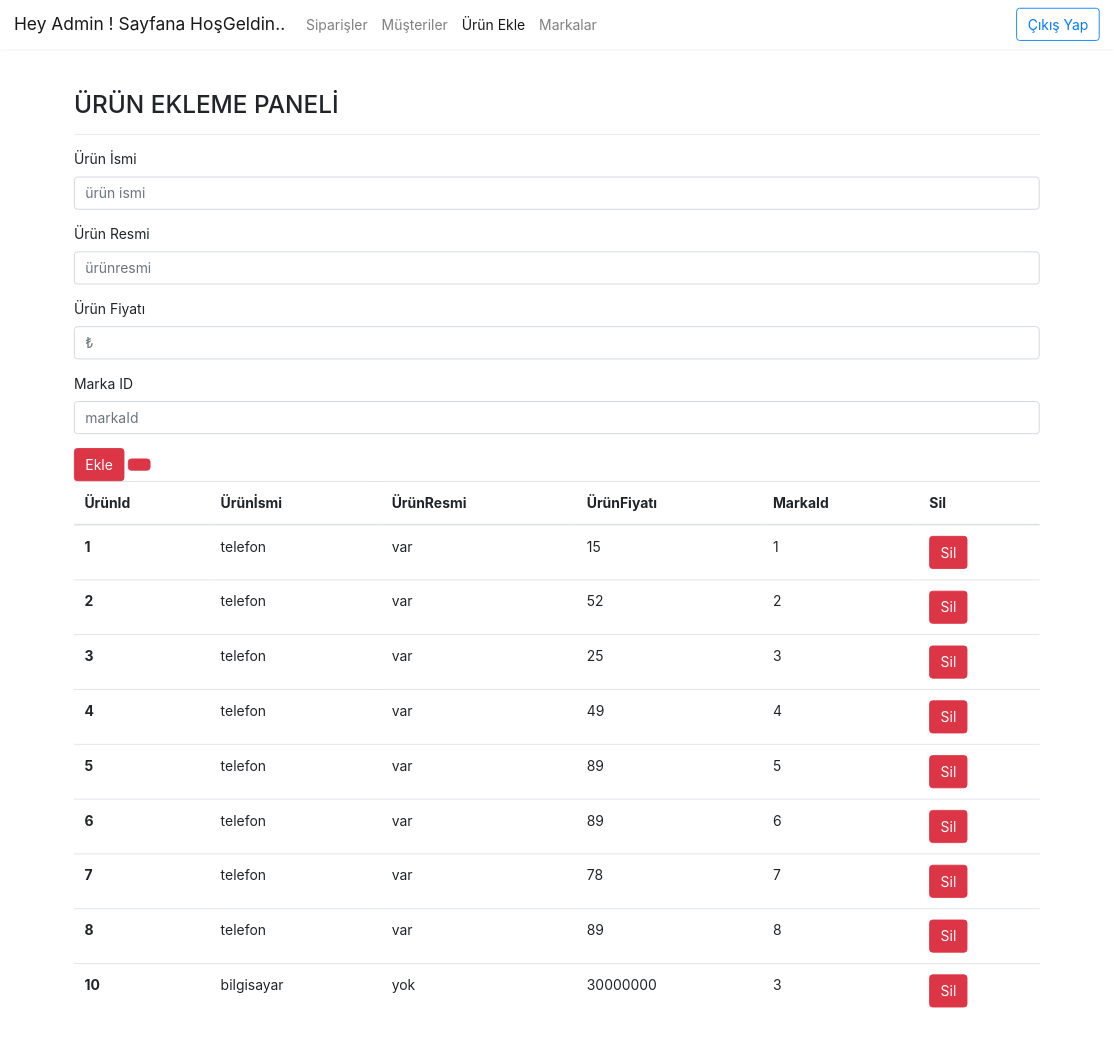
Repository: NergisAktug/E-Commerce-PythonWithFlask-Sqlite3
Page: http://localhost/urunEkle
These files come from the project's save history. The page is drawn as it stood at one moment and after the next save; the edit follows.
The browser window is 1280 px wide. The pictures show the whole page, at 87% of full size.
Some web libraries are served in a nearby version. The page is served by the project's application, run on Flask 3 (app.py). The page reads the database file committed with the project.

Above is the page before, as saved 2018-12-08 20:44:11.

### templates/urunEkle.html
<!doctype html>
<html lang="en">
  <head>
      <!-- Required meta tags -->
    <meta charset="utf-8">
    <meta name="viewport" content="width=device-width, initial-scale=1, shrink-to-fit=no">
    <link rel="stylesheet" href="https://use.fontawesome.com/releases/v5.5.0/css/all.css" integrity="sha384-B4dIYHKNBt8Bc12p+WXckhzcICo0wtJAoU8YZTY5qE0Id1GSseTk6S+L3BlXeVIU" crossorigin="anonymous">
    <!-- Bootstrap CSS -->
    <link rel="stylesheet" href="https://stackpath.bootstrapcdn.com/bootstrap/4.1.3/css/bootstrap.min.css" integrity="sha384-MCw98/SFnGE8fJT3GXwEOngsV7Zt27NXFoaoApmYm81iuXoPkFOJwJ8ERdknLPMO" crossorigin="anonymous">

    <title>Hello, world!</title>
  </head>
  <body>
    <nav class="navbar navbar-expand-lg navbar-light shadow-sm" >
        <a href="/" class="navbar-brand">Hey Admin ! Sayfana HoşGeldin..</a>
        <button class="navbar-toggler" type="button" data-toggle="collapse" data-target="#navbarMenü">
            <span class="navbar-toggler-icon"></span>
        </button>
        <div class="collapse navbar-collapse" id="navbarMenü">
            <ul class="navbar-nav mr-auto">
                <li class="nav-item">
                    <a href="#" class="nav-link" >Siparişler</a>
                 </li>
                 <li class="nav-item">
                        <a href="#" class="nav-link">Müşteriler</a>
                     </li>
                     <li class="nav-item">
                        <a href="#" class="nav-link active">Ürün Ekle</a>
                     </li>
                     <li class="nav-item">
                        <a href="/Markalar" class="nav-link ">Markalar</a>
                     </li>
                </ul>
                <ul class="navbar-nav">
                    <li class="nav-item">
                    <a href="/cikis" class="btn btn-outline-primary">Çıkış Yap</a>
                    </li>
                </ul>

        </div>

    </nav>
    <div class="container my-5" style="margin-top:100px;">
        <h3>ÜRÜN EKLEME PANELİ</h3>
        <HR>
        <form action="/urunEklemeYap" method="POST">
            <div class="form-group">
              <label for="formGroupExampleInput">Ürün İsmi</label>
              <input type="text" class="form-control" id="formGroupExampleInput" placeholder="ürün ismi" name="urunismi">
            </div>
            <div class="form-group">
              <label for="formGroupExampleInput2">Ürün Resmi</label>
              <input type="text" class="form-control" id="formGroupExampleInput2" placeholder="ürünresmi" name="urunresmi">
            </div>
            <div class="form-group">
                    <label for="formGroupExampleInput2">Ürün Fiyatı</label>
                    <input type="number" class="form-control" id="formGroupExampleInput2" placeholder="₺" name="fiyati">
                  </div>
            <div class="form-group">
                <label for="formGroupExampleInput2">Marka ID</label>
                <input type="number" class="form-control" id="formGroupExampleInput2" placeholder="markaId" name="markaId" >
            </div>
            <button type="submit" class="btn btn-danger">Ekle</button>
            <button type="submit" class="btn btn-danger"></button>
          </form>
          {% if tumVeri==[] %}
          <div class="alert alert-warning" role="alert">Herhangi bir ürün yok...</div>
          {% else %}
          <table class="table">
              <thead>
                  <tr>
                      <th scope="col">ÜrünId</th>
                      <th scope="col">Ürünİsmi</th>
                      <th scope="col">ÜrünResmi </th>
                      <th scope="col">ÜrünFiyatı</th>
                      <th scope="col">MarkaId</th>
                      <th scope="col">Sil</th>
                  </tr>
              </thead>
              <tbody>

                {% for veri in tumVeri  %}
                    <tr>
                        <th scope="row">{{veri.urun_id}}</th>
                        <td>{{veri.urunismi}}</td>
                        <td>{{veri.urunresmi}}</td>
                        <td>{{veri.urunFiyati}}</td>
                        <td>{{veri.markaId}}</td>
                        <td><a href="/sil/{{veri.urun_id}}" class="btn btn-danger">Sil</a></td>
                    </tr>
                {% endfor %}


              </tbody>
          </table>

          {% endif %}
  </div>



    <!-- Optional JavaScript -->
    <!-- jQuery first, then Popper.js, then Bootstrap JS -->
    <script src="https://unpkg.com/aos@2.3.1/dist/aos.js"></script>
    <script src="https://code.jquery.com/jquery-3.3.1.slim.min.js" integrity="sha384-q8i/X+965DzO0rT7abK41JStQIAqVgRVzpbzo5smXKp4YfRvH+8abtTE1Pi6jizo" crossorigin="anonymous"></script>
    <script src="https://cdnjs.cloudflare.com/ajax/libs/popper.js/1.14.3/umd/popper.min.js" integrity="sha384-ZMP7rVo3mIykV+2+9J3UJ46jBk0WLaUAdn689aCwoqbBJiSnjAK/l8WvCWPIPm49" crossorigin="anonymous"></script>
    <script src="https://stackpath.bootstrapcdn.com/bootstrap/4.1.3/js/bootstrap.min.js" integrity="sha384-ChfqqxuZUCnJSK3+MXmPNIyE6ZbWh2IMqE241rYiqJxyMiZ6OW/JmZQ5stwEULTy" crossorigin="anonymous"></script>
    <script>
        AOS.init();
      </script>
  </body>
</html>

### app.py
import datetime
from flask import Flask,flash, request, render_template_string, render_template
from flask import Flask, url_for, render_template, request, redirect, session, escape, render_template_string
from flask_babelex import Babel
from flask_sqlalchemy import SQLAlchemy
from flask_user import current_user, login_required, roles_required
from sqlalchemy.sql import table, column, select
from sqlalchemy import MetaData, create_engine
from flask_user import login_required, roles_required, UserManager, UserMixin


class ConfigClass(object):

    SECRET_KEY = 'This is an INSECURE secret!! DO NOT use this in production!!'

    SQLALCHEMY_DATABASE_URI = 'sqlite:///eticaret.sqlite'
    SQLALCHEMY_TRACK_MODIFICATIONS = False

    MAIL_SERVER = 'smtp.gmail.com'
    MAIL_PORT = 465
    MAIL_USE_SSL = True
    MAIL_USE_TLS = False
    MAIL_USERNAME = 'nergis.aktug2014@gmail.com'
    MAIL_PASSWORD = '05383896877'
    MAIL_DEFAULT_SENDER = '"MyApp" <xyz@gmail.com>'

    USER_ENABLE_EMAIL = True
    USER_ENABLE_USERNAME = False
    USER_EMAIL_SENDER_EMAIL = "noreply@example.com"


def create_app():



    app = Flask(__name__)
    app.config.from_object(__name__ + '.ConfigClass')

    db = SQLAlchemy(app)

    class Kullanici(db.Model):
        __tablename__ = 'Kullanici'
        id = db.Column(db.Integer, primary_key=True)
        email = db.Column(db.String(80), unique=True)
        sifre = db.Column(db.String(80))
        rolId = db.Column(db.Integer, db.ForeignKey('rol.rolId', ondelete='CASCADE'))
        active = db.Column('is_active', db.Boolean(), nullable=False, server_default='1')


        def __init__(self, email, sifre):
            self.email = email
            self.sifre = sifre
            self.rolId = 0

    class Roller(db.Model):
        __tablename__ = 'rol'
        rolId = db.Column(db.Integer, primary_key=True)
        rolisim = db.Column(db.String(80))

    class urunler(db.Model):
        __tablename__ = 'urunler'
        urun_id = db.Column(db.Integer, primary_key=True)
        urunismi = db.Column(db.String(80))
        urunresmi = db.Column(db.String(80))
        urunFiyati = db.Column(db.Integer)
        markaId = db.Column(db.Integer(), db.ForeignKey('markalar.markaId', ondelete='CASCADE'))

        def __init__(self, urunismi, urunresmi, urunFiyati,markaId):
            self.urunismi =urunismi
            self.urunresmi = urunresmi
            self.urunFiyati = urunFiyati
            self.markaId=markaId



    class markalar(db.Model):
        __tablename__ = 'markalar'
        markaId = db.Column(db.Integer, primary_key=True)
        markaadi = db.Column(db.String(80))
        marka_modeli = db.Column(db.String(80))

        def __init__(self, markaadi, marka_modeli):
            self.markaadi = markaadi
            self.marka_modeli = marka_modeli

    class musteri(db.Model):
        __tablename__ = 'musteri'
        musteriId = db.Column(db.Integer, primary_key=True)
        musteriadi = db.Column(db.String(80))
        musterisoyadi = db.Column(db.String(80))
        mail = db.Column(db.String(80), unique=True)
        telefon = db.Column(db.Integer)
        sifre = db.Column(db.String(80))
        il = db.Column(db.String(80))
        ilce = db.Column(db.String(80))
        kullaniciId = db.Column(db.Integer(), db.ForeignKey('Kullanici.id', ondelete='CASCADE'))

        def __init__(self, musteriadi, musterisoyadi, mail, telefon, sifre, il, ilce, kullaniciId):
            self.musteriadi = musteriadi
            self.musterisoyadi = musterisoyadi
            self.mail = mail
            self.telefon = telefon
            self.sifre = sifre
            self.il = il
            self.ilce = ilce
            self.kullaniciId = kullaniciId

    class siparis(db.Model):
        __tablename__ = 'siparis'
        siparisId = db.Column(db.Integer, primary_key=True)
        musteriId = db.Column(db.Integer(), db.ForeignKey('musteri.musteriId', ondelete='CASCADE'))
        urunId = db.Column(db.Integer(), db.ForeignKey('urunler.urun_id', ondelete='CASCADE'))
        siparisno = db.Column(db.Integer)
        siparisTarihi = db.Column(db.Integer)
        odemeId = db.Column(db.Integer())

        def __init__(self, musteriId, urunId, siparisno, siparisTarihi, odemeId):
            self.musteriId = musteriId
            self.urunId = urunId
            self.siparisno = siparisno
            self.siparisTarihi = siparisTarihi
            self.odemeId = odemeId


    db.create_all()




    @app.route('/')
    def anasayfa():
        return render_template('index.html')

    @app.route('/kayit', methods=['GET', 'POST'])
    def kayit():
        if request.method == 'POST':
            mail = request.form['email']
            parola = request.form['sifre']
            yeniKullanici = Kullanici(email=mail, sifre=parola)
            db.session.add(yeniKullanici)
            db.session.commit()
            if yeniKullanici is not None:
                mesaj = "Kayıt Başarıyla Sağlanmıştır."
                return render_template("index.html", mesaj=mesaj)
        else:
            return render_template('kayit.html')
    @app.route('/admin')
    def admin():
        return render_template("admin.html")

    @app.route('/uye', methods=['GET', 'POST'])
    def uye():
        return render_template("uyeGirisi.html")

    @app.route('/giris', methods=['GET', 'POST'])
    def giris():
        hata=None
        if request.method=='POST':
            if request.form['email']!='admin@example.com' or request.form['sifre']!='admin':
                if Kullanici.query.filter_by(email=request.form['email'],sifre=request.form['sifre']) is not None:
                    session['uye_giris']=True
                    return redirect(url_for('anasayfa'))
                else:
                    hata='hatalı giris yaptınız'

            else:
                flash('giriş başarılı')
                session['admin_giris']=True
                return redirect(url_for('admin'))
        return render_template('uyeGiris.html',hata=hata)
    @app.route('/cikis')
    def cikis():

        session.pop('admin_giris',None)
        session.pop('uye_giris',None)
        return render_template("index.html")
    @app.route('/urunEkle')
    def urunEkle():
        tumVeri=urunler.query.all()
        return render_template("urunEkle.html",tumVeri=tumVeri)
    @app.route('/urunEklemeYap',methods=['POST'])
    def urunEklemeYap():
        urunismi=request.form['urunismi']
        urunResmi=request.form['urunresmi']
        urunFiyati=request.form['fiyati']
        markaId=request.form['markaId']
        yeniUrun=urunler(urunismi=urunismi,urunresmi=urunResmi,urunFiyati=urunFiyati,markaId=markaId)
        db.session.add(yeniUrun)
        db.session.commit()
        return redirect(url_for("urunEkle"))
    @app.route("/sil/<string:id>")
    def sil(id):
        urun=urunler.query.filter_by(urun_id=id).first()
        db.session.delete(urun)
        db.session.commit()
        return redirect(url_for("urunEkle"))
    @app.route('/Markalar')
    def Markalar():
        tumMarka=markalar.query.all()
        return render_template("marka.html",tumMarka=tumMarka)
    return app
if __name__ == '__main__':
    app=create_app()


    app.run(host='127.0.0.1', port=5000, debug=True)

### eticaret.sqlite (the tables this page reads, as SQL)
CREATE TABLE "urunler" (
	`urun_id`	INTEGER NOT NULL,
	`urunismi`	VARCHAR ( 80 ),
	`urunresmi`	VARCHAR ( 256 ),
	`urunstok`	INTEGER,
	`urunFiyati`	INTEGER,
	`markaId`	INTEGER,
	`popular`	TEXT,
	PRIMARY KEY(`urun_id`),
	FOREIGN KEY(`markaId`) REFERENCES `markalar`(`markaId`) ON DELETE CASCADE
);
INSERT INTO "urunler" VALUES
(1, 'telefon', 'var', 50, 15, 1, '1'),
(2, 'telefon', 'var', 10, 52, 2, '0'),
(3, 'telefon', 'var', 26, 25, 3, '0'),
(4, 'telefon', 'var', 78, 49, 4, '0'),
(5, 'telefon', 'var', 52, 89, 5, '3'),
(6, 'telefon', 'var', 12, 89, 6, '2'),
(7, 'telefon', 'var', 16, 78, 7, '7'),
(8, 'telefon', 'var', 45, 89, 8, '0'),
(10, 'bilgisayar', 'yok', 1, 30000000, 3, NULL);

After the next save:
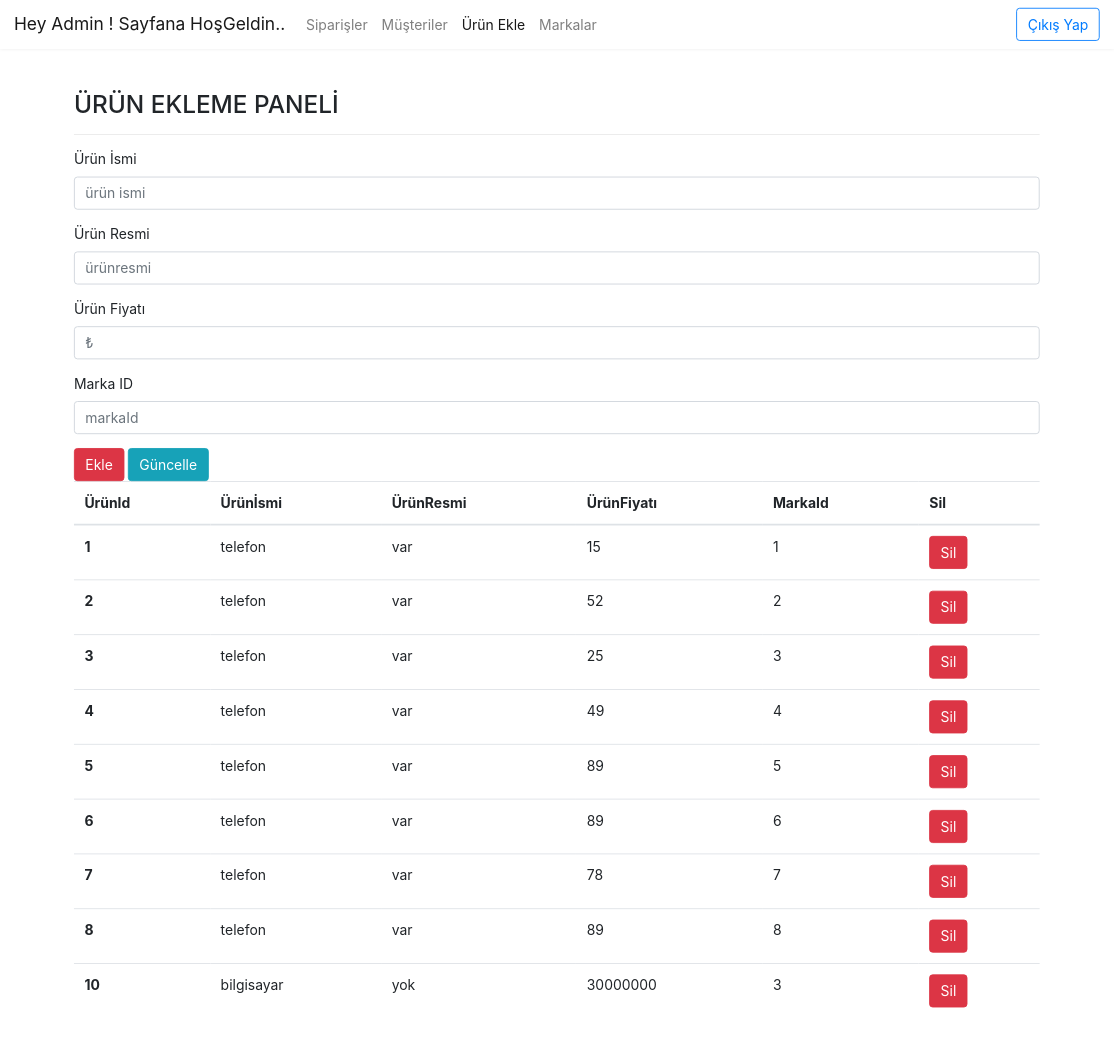
Saved 61 s later.
--- a/templates/urunEkle.html
+++ b/templates/urunEkle.html
@@ -61,7 +61,7 @@
                 <input type="number" class="form-control" id="formGroupExampleInput2" placeholder="markaId" name="markaId" >
             </div>
             <button type="submit" class="btn btn-danger">Ekle</button>
-            <button type="submit" class="btn btn-danger"></button>
+            <button type="submit" class="btn btn-info">Güncelle</button>
           </form>
           {% if tumVeri==[] %}
           <div class="alert alert-warning" role="alert">Herhangi bir ürün yok...</div>
